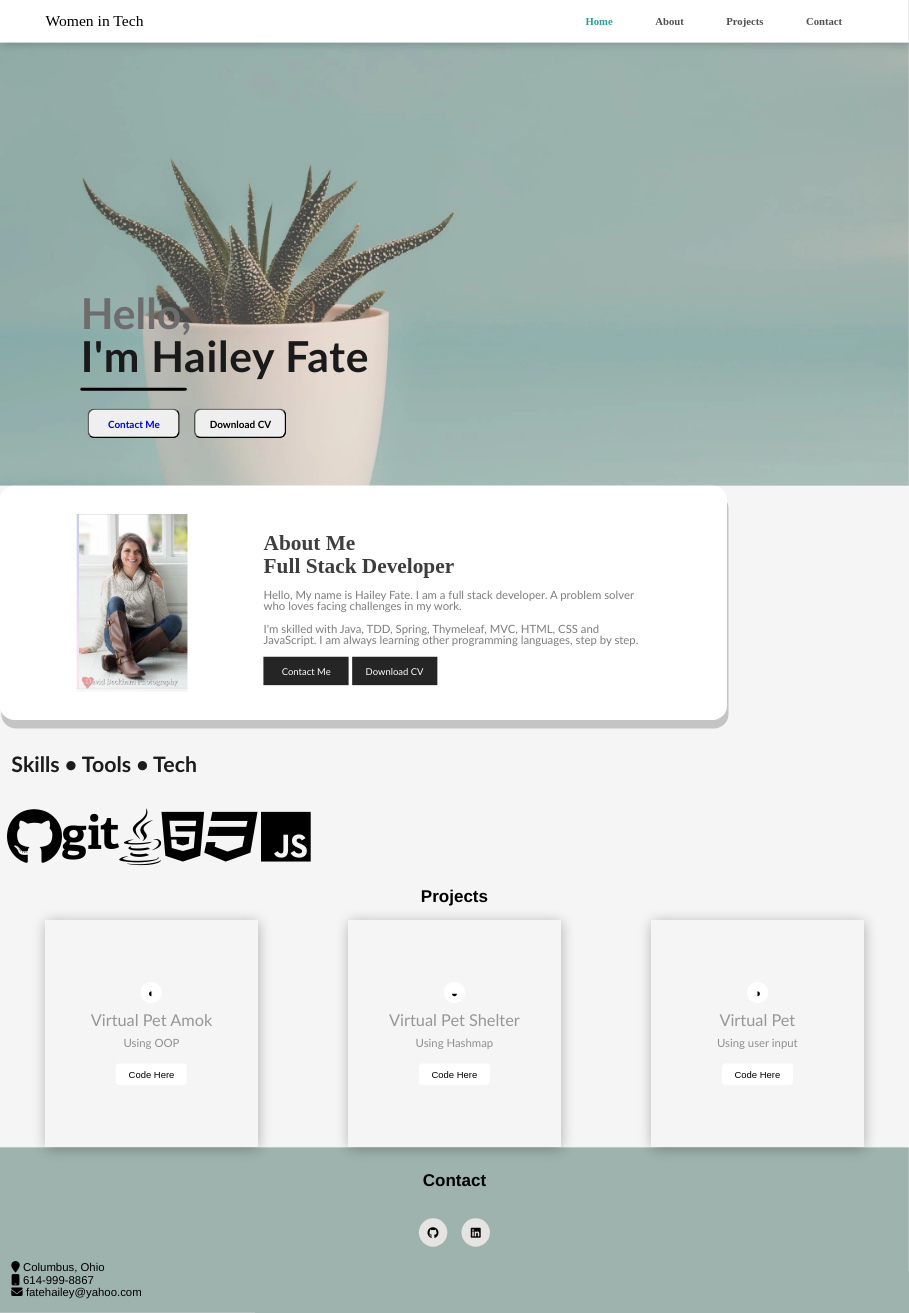
Repository: fatehailey/fatehailey.github.io
Page: index.html
An editor plug-in stored every save of this project. The page is shown before and after the next save, followed by the edit.
The browser window is 1280 px wide. The pictures show the whole page, at 71% of full size.
Some web libraries are served in a nearby version.

Above is the page before, as saved 2022-07-25 15:08:55.

After the next save:
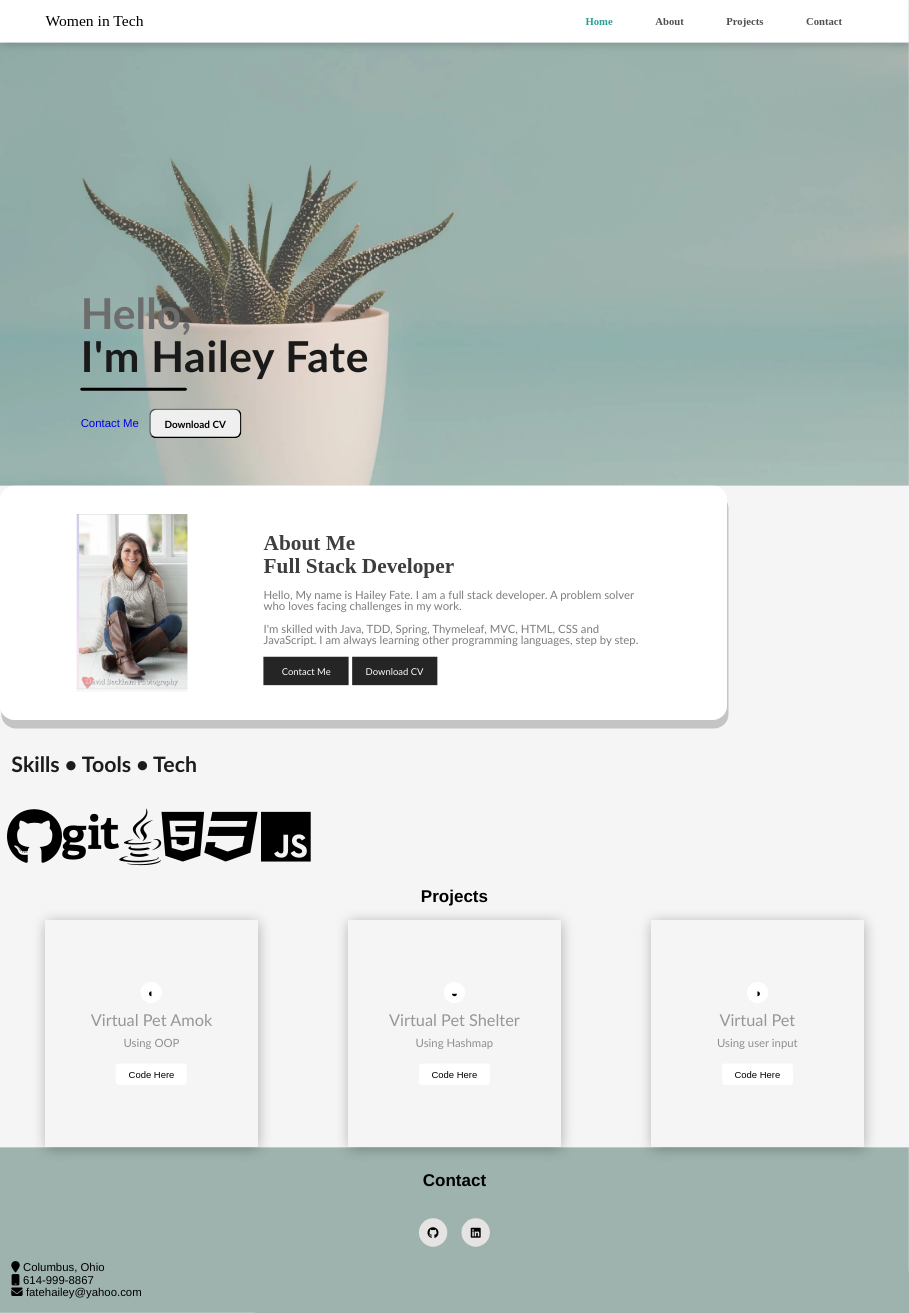
Saved 10 s later.
--- a/index.html
+++ b/index.html
@@ -26,7 +26,7 @@
         <p>Hello,</p>
         <p>I'm Hailey Fate</p>
         <p class="line"></p>
-        <button id="contact-form"><a href = "mailto: fatehailey@.com">Contact Me</a>
+        <a href = "mailto: fatehailey@.com">Contact Me</a>
         <a href="Resume -JAVA.pdf">
             <button>Download CV</button>
         </a>
